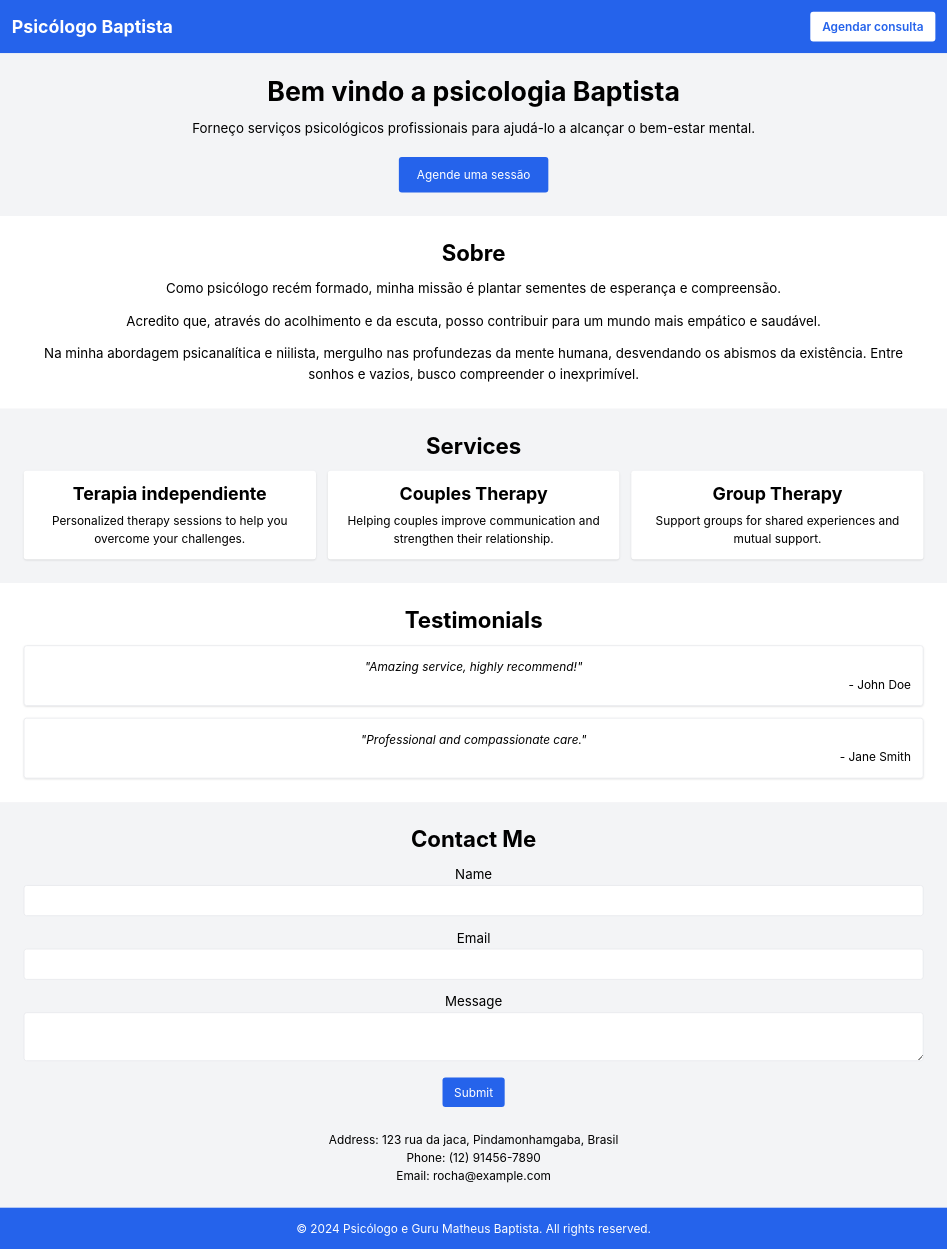
Repository: SrNascimento40/psychologist-portfolio
Page: /
These files come from the project's save history. The page is drawn as it stood at one moment and after the next save; the edit follows.
The browser window is 1280 px wide. The pictures show the whole page, at 74% of full size.
The project was rebuilt for these pictures with package versions that can differ from the ones it lists, and the page was loaded fresh each time. Also part of the build but not shown: vite.config.ts.

Above is the page before, as saved 2024-07-04 17:36:25.

After the next save:
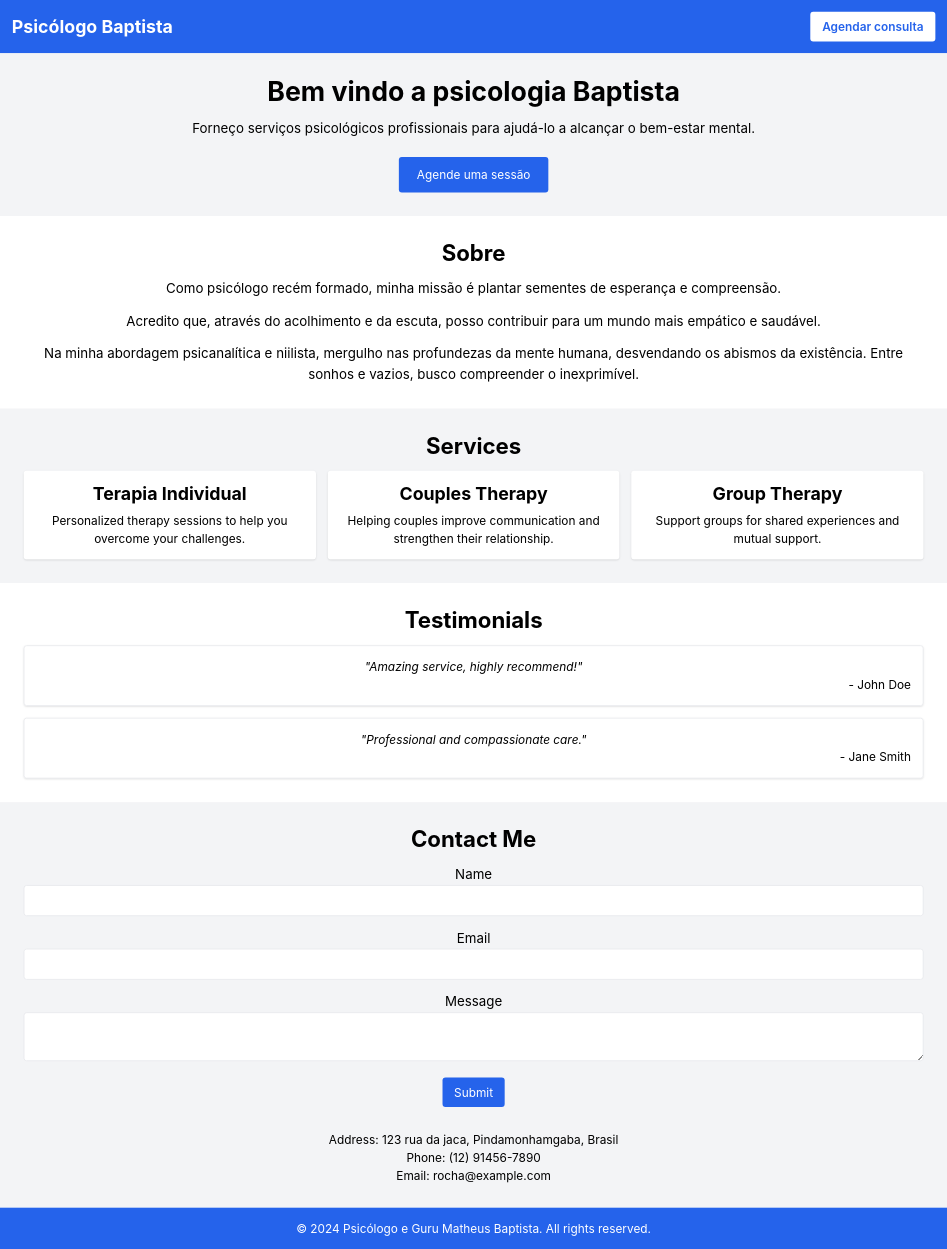
Saved 5 s later.
--- a/src/Services.tsx
+++ b/src/Services.tsx
@@ -2,7 +2,7 @@
 
 export default function Services() {
   const services = [
-    { title: 'Terapia independiente', description: 'Personalized therapy sessions to help you overcome your challenges.' },
+    { title: 'Terapia Individual', description: 'Personalized therapy sessions to help you overcome your challenges.' },
     { title: 'Couples Therapy', description: 'Helping couples improve communication and strengthen their relationship.' },
     { title: 'Group Therapy', description: 'Support groups for shared experiences and mutual support.' },
   ];
